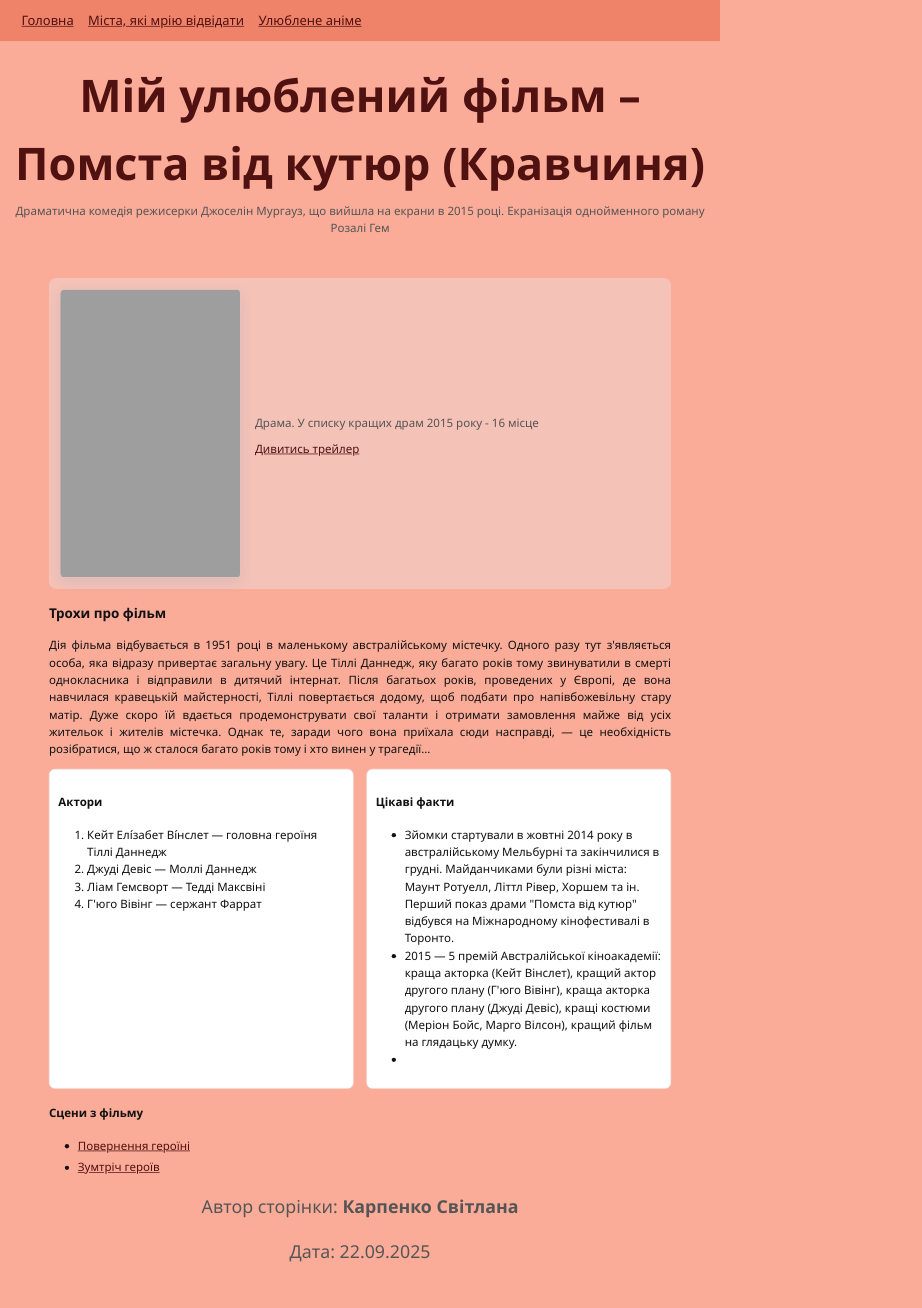
Repository: alexandrastarovoyda-star/homework_info
Page: Mainpr/pr5/html/anime.html
The author's editor kept a copy of each file at every save. The page is drawn from the files as they stood at one save, then again after the next save.
The browser window is 1280 px wide. The pictures show the whole page, at 72% of full size.
Pictures or frames that could not be fetched are drawn as grey boxes.

Above is the page before, as saved 2026-04-01 14:17:39.

### Mainpr/pr5/html/anime.html
<!DOCTYPE html>
<html lang="uk">
<head>
  <meta charset="utf-8">
  <meta name="viewport" content="width=device-width,initial-scale=1">
  <title>Мій улюблений фільм — Моя сторінка</title>
  <link rel="stylesheet" href="../css/anime.css">
  <link rel="stylesheet" href="../css/all.css">
  <style type="text/css">
    body {
      width: 1000px;
      font-size: 16px;
    }
	</style>
</head>
<body>
    <div id="navbar"></div>
  <header class="site-header">
    <h1>Мій улюблений фільм – Помста від кутюр (Кравчиня)</h1>
    <p class="subtitle">Драматична комедія режисерки Джоселін Мургауз, що вийшла на екрани в 2015 році. Екранізація однойменного роману Розалі Гем</p>
  </header>

  <main class="container">
    <section class="hero">
      <img src="https://upload.wikimedia.org/wikipedia/uk/f/fa/The_Dressmaker_film_poster.jpg" alt="Постер фільму" class="poster">
      <div class="meta">
       <p class="tagline"> Драма. У списку кращих драм 2015 року - 16 місце </p>
       <a href="https://www.youtube.com/watch?v=mZytWngIwwk" target="_blank" rel="noopener">Дивитись трейлер</a>
      </div>
    </section>
    <section class="about">
      <h3>Трохи про фільм</h3>
      <p align= 'justify'>Дія фільма відбувається в 1951 році в маленькому австралійському містечку. Одного разу тут з'являється особа, яка відразу привертає загальну увагу.
	  Це Тіллі Даннедж, яку багато років тому звинуватили в смерті однокласника і відправили в дитячий інтернат.
	  Після багатьох років, проведених у Європі, де вона навчилася кравецькій майстерності, Тіллі повертається додому, щоб подбати про напівбожевільну стару матір.
	  Дуже скоро їй вдається продемонструвати свої таланти і отримати замовлення майже від усіх жительок і жителів містечка.
	  Однак те, заради чого вона приїхала сюди насправді, — це необхідність розібратися, що ж сталося багато років тому і хто винен у трагедії…</p>
    </section>
    <section class="casts-links">
      <div class="casts">
        <h4>Актори</h4>
        <ol>
          <li>Кейт Елі́забет Ві́нслет — головна героїня Тіллі Даннедж </li>
		  <li>Джуді Девіс — Моллі Даннедж</li>
          <li>Ліам Гемсворт — Тедді Максвіні</li>
          <li>Г'юго Вівінг — сержант Фаррат</li>
        </ol>
      </div>
      <div class="facts">
        <h4>Цікаві факти</h4>
        <ul>
          <li>Зйомки стартували в жовтні 2014 року в австралійському Мельбурні та закінчилися в грудні. Майданчиками були різні міста: Маунт Ротуелл, Літтл Рівер, Хоршем та ін. Перший показ драми "Помста від кутюр" відбувся на Міжнародному кінофестивалі в Торонто.</li>
          <li>2015 — 5 премій Австралійської кіноакадемії: краща акторка (Кейт Вінслет), кращий актор другого плану (Г'юго Вівінг), краща акторка другого плану (Джуді Девіс), кращі костюми (Меріон Бойс, Марго Вілсон), кращий фільм на глядацьку думку. </li>
          <li></li>
        </ul>
      </div>
    </section>
    <section class="scenes">
      <h4>Сцени з фільму</h4>
      <ul class="scene-list">
        <li><a href="https://images.kinorium.com/movie/shot/703172/w1500_49369877.jpg" target="_blank">Повернення героїні</a></li>
        <li><a href="https://images.kinorium.com/movie/shot/703172/w1500_1266344.jpg" target="_blank">Зумтріч героїв</a></li>
          </ul>
    </section>
    <footer class="page-footer">
      <p>Автор сторінки: <strong> Карпенко Світлана </strong></p>
      <p>Дата: <time datetime="2025-10-22">22.09.2025</time></p>
    </footer>
  </main>
  <script src="../js/navbar2.js"></script>
</body>
</html>

### Mainpr/pr5/css/anime.css

:root{
  --bg:rgba(250, 164, 143, 0.911);
  --accent:rgb(80, 17, 17);;
  --text:#111;
  --muted:#555;
  --card:rgba(245, 197, 185, 0.911);
  --maxw:900px;
  --radius:10px;
  font-size:26px;
  font-family: "Segoe UI", Roboto, Arial, sans-serif;
}
*{box-sizing:border-box}
body{
  margin:0;
  background:var(--bg);
  color:var(--text);
  line-height:1.5;
  -webkit-font-smoothing:antialiased;
}
.container{
  max-width:var(--maxw);
  margin:18px auto;
  padding:18px;
}
.site-header{
  text-align:center;
  padding:28px 12px 6px;
}
.site-header h1{
  margin:0;
  color:var(--accent);
  font-size:2.4rem;
}
.subtitle{
  margin:8px 0 0;
  color:var(--muted);
}

.hero{
  display:flex;
  gap:20px;
  align-items:center;
  background:var(--card);
  padding:16px;
  border-radius:var(--radius);
  margin:16px 0;
  flex-wrap:wrap;
}
.poster{
  width:250px;
  height:400px;
  object-fit:cover;
  border-radius:6px;
  box-shadow:0 6px 18px rgba(43,123,228,0.12);
}
.meta{
  flex:1;
  min-width:220px;
}
.meta h2{
  margin:0 0 6px;
  font-size:1.2rem;
}
.meta span{color:var(--accent)}
.tagline{color:var(--muted); margin:6px 0 12px}
.btn{
  display:inline-block;
  padding:10px 14px;
  background:var(--accent);
  color:#fff;
  text-decoration:none;
  border-radius:8px;
  font-weight:600;
}

.about, .casts-links, .scenes{
  margin:16px 0;
}
.casts-links{
  display:flex;
  gap:18px;
  flex-wrap:wrap;
}
.casts, .facts{
  flex:1;
  min-width:230px;
  background:#fff;
  padding:12px;
  border-radius:8px;
  border:1px solid #eee;
}
.scene-list li{margin:6px 0}
.page-footer{
  text-align:center;
  margin-top:20px;
  color:var(--muted);
  font-size:0.95rem;
}

/* Адаптив */
@media (max-width:680px){
  .hero{flex-direction:column; align-items:center}
  .poster{width:160px; height:230px}
  .container{padding:12px}
}

### Mainpr/pr5/css/all.css
.navbar {
    display: flex;
    gap: 20px;
    background-color: rgba(238, 128, 101, 0.911);;
    padding: 15px 30px;
}

.navbar a {
    font-size: 18px;
}
a {
    color: rgb(80, 17, 17);
}
a:hover {
    color: brown;
}

### Mainpr/pr5/js/navbar2.js
const nav = document.createElement('nav');
nav.className = 'navbar';

const links = [
    { text: 'Головна', href: '../index.html' },
    { text: 'Міста, які мрію відвідати', href: 'city.html' },
    { text: 'Улюблене аніме', href: 'anime.html' }
];

links.forEach(link => {
    const a = document.createElement('a');
    a.textContent = link.text;
    a.href = link.href;
    nav.appendChild(a);
});

document.getElementById('navbar').appendChild(nav);

After the next save:
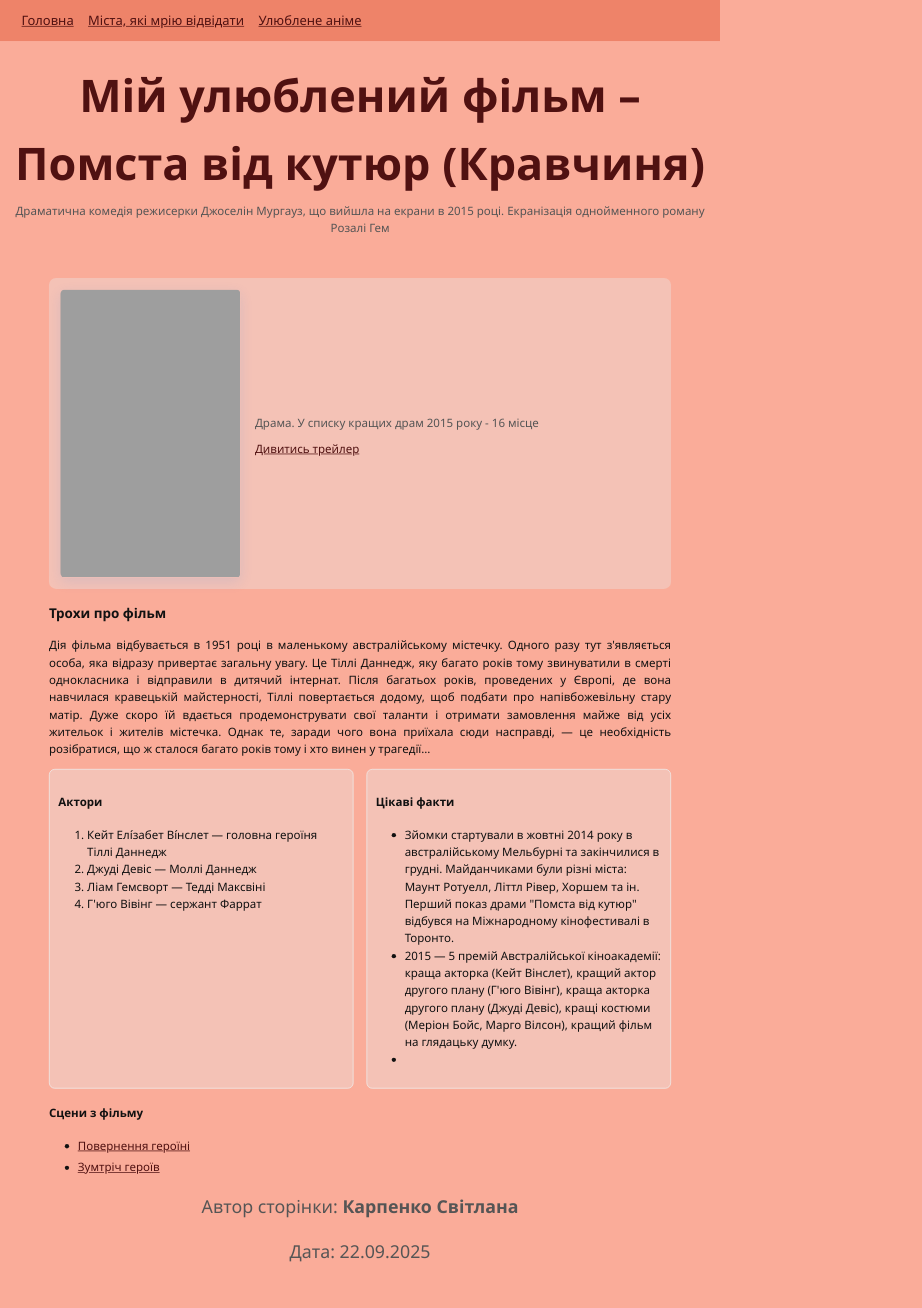
Saved 47 s later.
--- a/Mainpr/pr5/css/anime.css
+++ b/Mainpr/pr5/css/anime.css
@@ -68,7 +68,7 @@
   display:inline-block;
   padding:10px 14px;
   background:var(--accent);
-  color:#fff;
+  color:var(--card);
   text-decoration:none;
   border-radius:8px;
   font-weight:600;
@@ -85,7 +85,7 @@
 .casts, .facts{
   flex:1;
   min-width:230px;
-  background:#fff;
+  background:var(--card);
   padding:12px;
   border-radius:8px;
   border:1px solid #eee;
